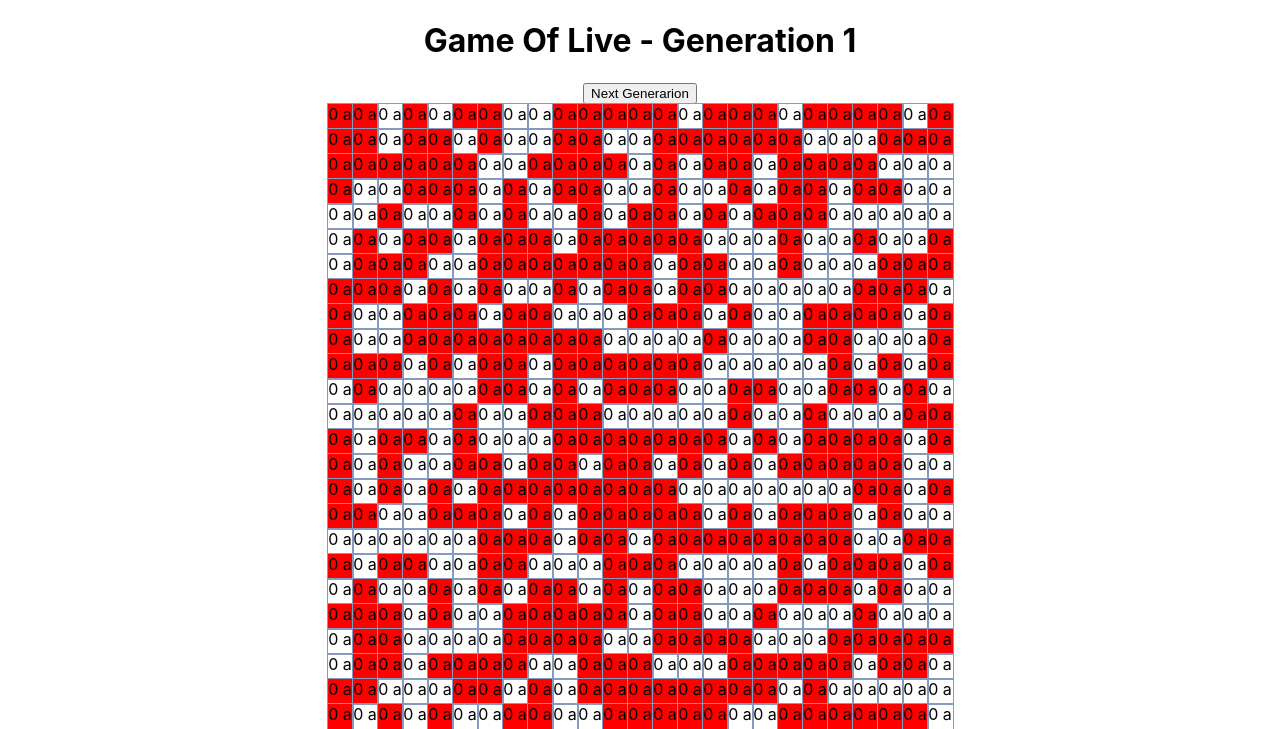
Repository: cfaguilera20/gol
Page: /
These files come from the project's save history. The page is drawn as it stood at one moment and after the next save; the edit follows.
The browser window is 1280 px wide. The pictures show the whole page.
The project was rebuilt for these pictures with package versions that can differ from the ones it lists, and the page was loaded fresh each time.

Above is the page before, as saved 2021-07-25 12:30:10.

After the next save:
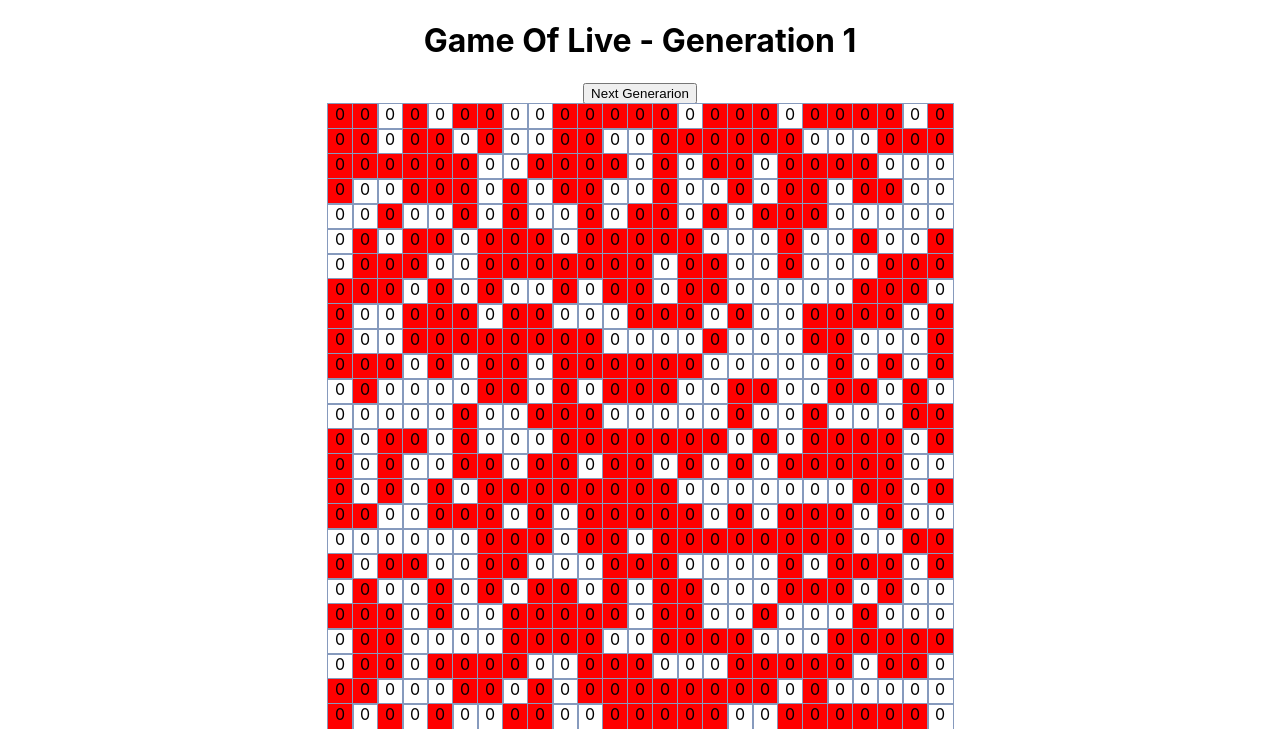
Saved 9 s later.
--- a/src/components/Board.jsx
+++ b/src/components/Board.jsx
@@ -28,7 +28,7 @@ const Board = (props) => {
                                 cell.getNeighborsAliveCounter();
                             return (
                                 <div key={cellIdx} className={className}>
-                                    {neighborsAlive} a
+                                    {neighborsAlive}
                                 </div>
                             );
                         })}
